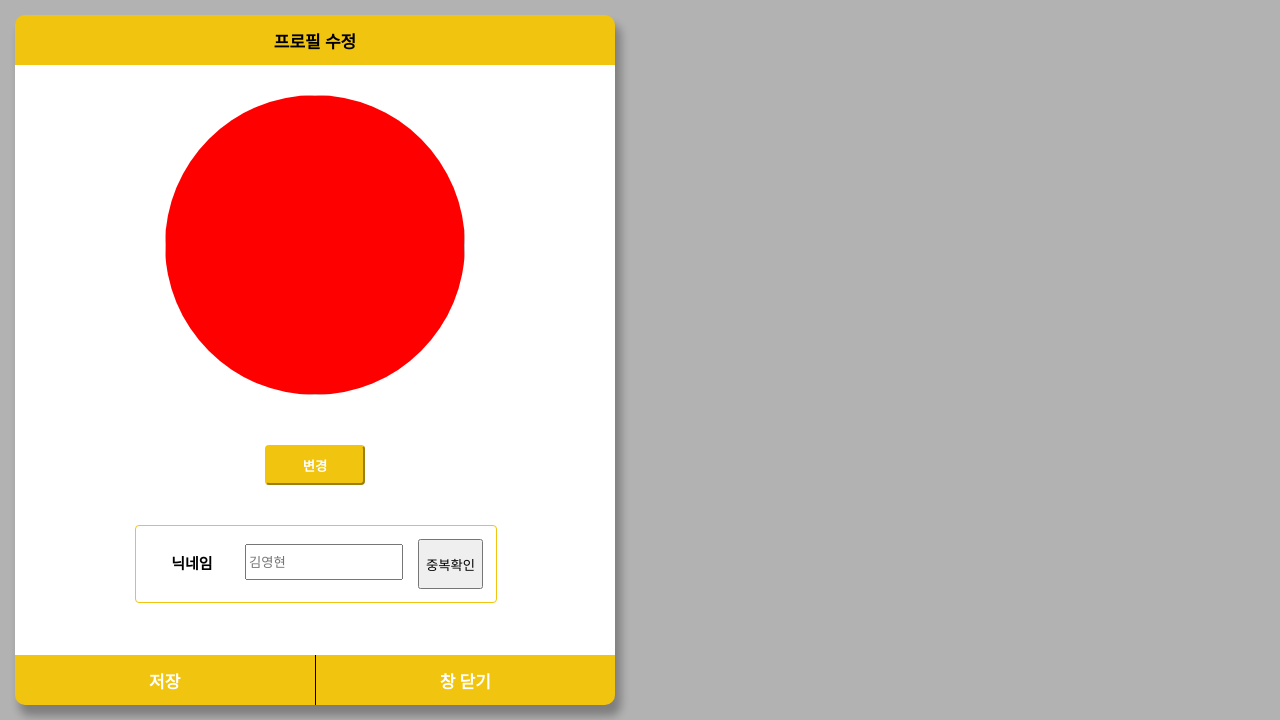
Repository: Corn-Market/Front-end
Page: http://localhost/CornMarket/resources/views/popup_profile_update.jsp
These files come from the project's save history. The page is drawn as it stood at one moment and after the next save; the edit follows.
The browser window is 1280 px wide. The pictures show the whole page.
The page is served by Tomcat 9. Other server files are loaded and not shown.

Above is the page before, as saved 2022-12-19 06:28:34.

### CornMarket/src/main/webapp/resources/views/popup_profile_update.jsp
<%@ page language="java" contentType="text/html; charset=UTF-8"
    pageEncoding="UTF-8"%>
<%@ taglib uri="http://java.sun.com/jsp/jstl/core" prefix="c" %>
<c:set var="path" value="${pageContext.request.contextPath}"/>
<!DOCTYPE html>
<html>
<head>
<meta charset="EUC-KR">
<title>Insert title here</title>
<link rel="stylesheet" href="${path}/resources/css/popup_update.css"/>
<script src="https://ajax.googleapis.com/ajax/libs/jquery/3.5.1/jquery.min.js"></script><script src="https://ajax.googleapis.com/ajax/libs/jquery/3.5.1/jquery.min.js"></script>
</head>
<body>
	<div class="container">
        <div class="popup-wrap" id="popup">
          <div class="popup">
            <div class="popup-head">
                <span class="head-title">프로필 수정</span>
            </div>
            <div class="popup-body">
              <div class="body-content">
                <div class="body-titlebox">
                	<div class="update_first">
            			<img>
            			<input type="button" value="변경" onclick="change_img()">
        			</div>
                </div>
                <div class="body-contentbox">
                	 <div class="update_second">
			            <div class="up_main">
			                <div class="up_title">닉네임</div>
			                <input type="text" placeholder="김영현" class="update_nickname">
			                <input type="button" value="중복확인" class="double_check">
			            </div>
			        </div>
                </div>
              </div>
            </div>
            <div class="popup-foot">
              <span class="pop-btn confirm" id="confirm" onclick="">저장</span>
              <span class="pop-btn close" id="close" onclick="">창 닫기</span>
            </div>
          </div>
         </div>
    </div>
</body>
</html>

### CornMarket/src/main/webapp/resources/css/popup_update.css
.popup-wrap{
    background-color:rgba(0,0,0,.3);
    justify-content:center;
    align-items:center;
    position:fixed;
    top:0;
    left:0;
    right:0;
    bottom:0;
    padding:15px;

  }

  .popup{
    width:1000px;
    max-width:600px;
    border-radius:10px;
    overflow:hidden;
    background-color:rgb(241, 196, 15);
    font-size: 17px;
    font-weight: bold;
    box-shadow: 5px 10px 10px 1px rgba(0,0,0,.3);
  }

  .popup-head{
    width:100%;
    height:50px;
    display:flex;
    align-items:center;
    justify-content:center;
  }

  .popup-body{
    background-color:#ffffff;
  }
  .body-content{
    padding:20px;
  }
  .body-titlebox{
    text-align:center;
    width:500px;
    height:350px;
    margin:10px auto;
  }

  .update_first img{
    width:300px;
    height:300px;
    border-radius: 50%;
    background-color: red;
    margin:0px auto;
    display: block;
}

.update_first input{
    width:100px;
    height:40px;
    margin:50px auto;
    border-radius: 4px;
    border-color: rgb(241, 196, 15);
    background-color: rgb(241, 196, 15);
    color: rgb(255, 255, 255);
    font-weight: bold;
    display: block;
}

  .body-contentbox{
  	width:360px;
  	height:100px;
    margin:10px auto;
    margin-top:30px;
  }

  .update_second{
    width:350px;
    margin:80px auto;
    padding:5px;
    border:0.3px solid rgb(241, 196, 15);
    border-radius: 4px;
}

.up_title{
    width:150px;
    height:50px;
    border-radius: 4px;
    font-size: 15px;
    font-weight: bold;
    text-align: center;
    line-height: 50px;
}

.update_nickname{
    width:150px;
    height:30px;
    margin-top: 5px;
    margin-right: 15px;
    margin-left: 10px;
}

.up_main{
    display:flex;
    height:50px;
    padding:8px;
}

  .popup-foot{
    width:100%;
    height:50px;
    display: flex;
  }

  .pop-btn{
    display:inline-flex;
    width:50%;
    height:100%;
    justify-content:center;
    align-items:center;
    float:left;
    color:rgb(255, 255, 255);
    cursor:pointer;
  }
  .pop-btn.confirm{
    border-right:1px solid black;
  }

  .search_btn{
  	 width:100px;
      height:40px;
      border-radius: 4px;
      border-color: rgb(241, 196, 15);
      background-color: rgb(241, 196, 15);
      color: rgb(255, 255, 255);
      font-weight: bold;
      display: block;
      margin:20px auto;
  }

  .body_contentbox h3{
  		text-align:center;
  }

After the next save:
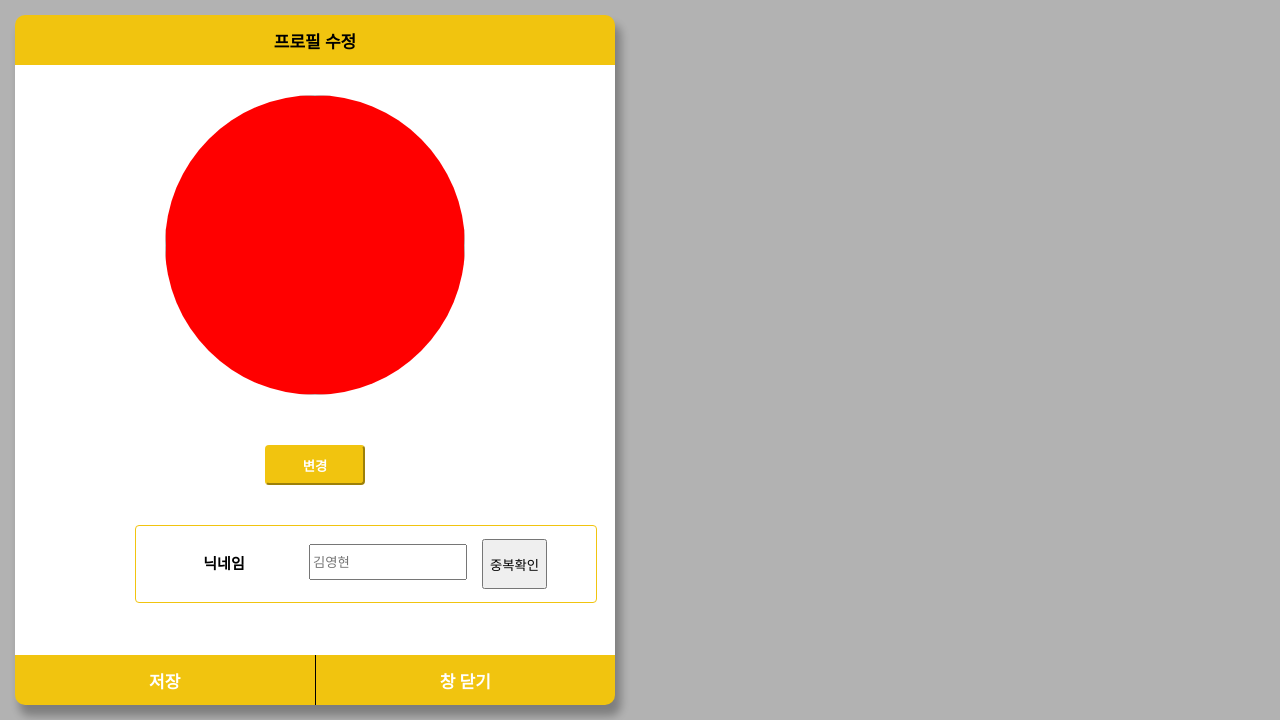
Saved 13 s later.
--- a/CornMarket/src/main/webapp/resources/css/popup_update.css
+++ b/CornMarket/src/main/webapp/resources/css/popup_update.css
@@ -72,7 +72,7 @@
   }
 
   .update_second{
-    width:350px;
+    width:450px;
     margin:80px auto;
     padding:5px;
     border:0.3px solid rgb(241, 196, 15);
